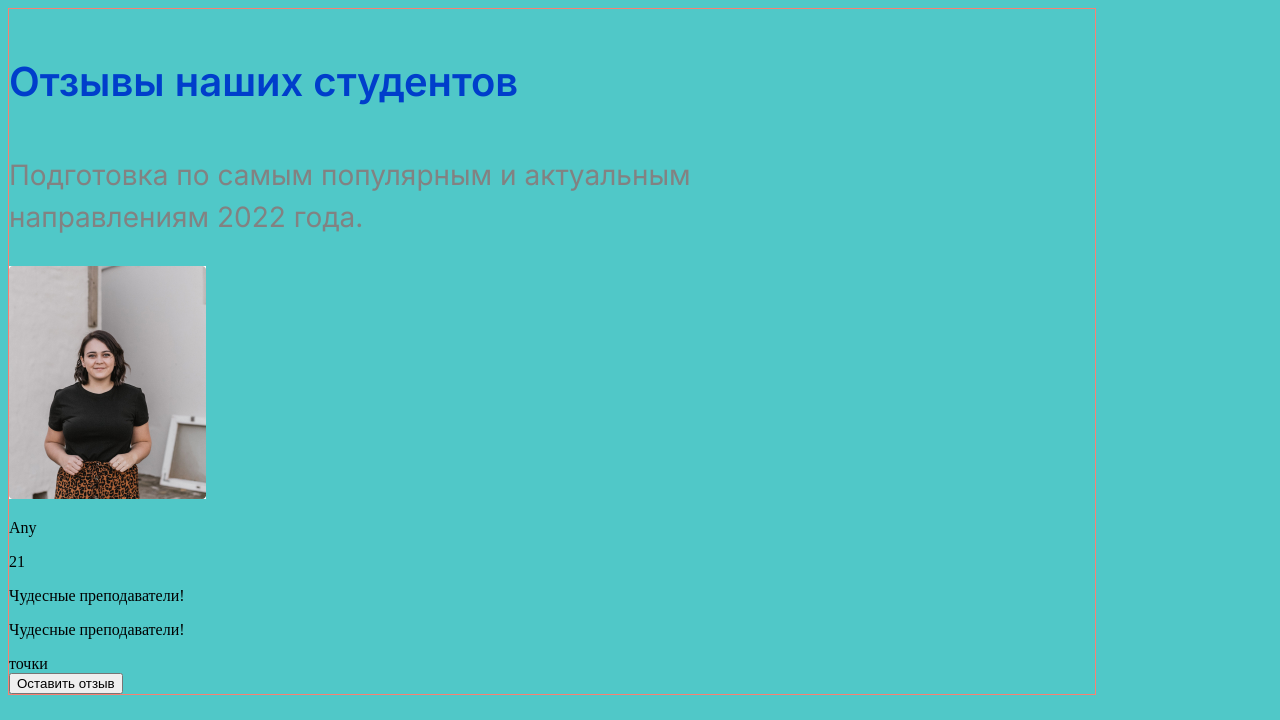
Repository: Malvuna/Studi
Page: index.html
These files come from the project's save history. The page is drawn as it stood at one moment and after a run of saves; the edit follows.
The browser window is 1280 px wide. The pictures show the whole page.

Above is the page before, as saved 2022-07-11 17:12:01.

### index.html

<!DOCTYPE html>
<html lang="en">
  <head>
    <meta charset="UTF-8" />
    <meta http-equiv="X-UA-Compatible" content="IE=edge" />
    <meta name="viewport" content="width=device-width, initial-scale=1.0" />
    <link rel="stylesheet" href="./css/style.css" />
    <link rel="preconnect" href="https://fonts.googleapis.com">
    <link rel="preconnect" href="https://fonts.gstatic.com" crossorigin>
    <link href="https://fonts.googleapis.com/css2?family=Caveat:wght@400;600;700&family=Inter:wght@400;600;700&display=swap" rel="stylesheet">
  <body>
    <header>
    </header>

    <main>
      <div id="container" class="container">

      <p class="h1">Отзывы наших студентов</p>
      <p class="head">Подготовка по самым популярным и актуальным </br> направлениям 2022 года.</p>
      <div id="divAllCard"> </div>
      <div>точки</div>
      <button>Оставить отзыв</button>

    </div>
    </main>


    <footer>

    </footer>

  </body>
  <script type="module" src="./javascript/javascript.js"></script>
</html>

### css/style.css
body {
  background-color: rgb(80, 200, 200);
}

.container {
  width: 1086px;
  border: 1px salmon solid;
  text-align: left;
}

.h1 {
  font-family: "Inter";
  font-style: normal;
  font-weight: 600;
  font-size: 40px;
  line-height: 65px;
  color: #003ecb;
}

.head {
  font-family: "Inter";
  font-style: normal;
  font-weight: 400;
  font-size: 28px;
  line-height: 42px;
  color: #828282;
}

### javascript/javascript.js
//Общий контейнер
let container = document.querySelector("#container");

//див с карточками
let divAllCard = document.querySelector("#divAllCard");

//див одной карточки
let divOneCard = document.createElement("div");
divAllCard.append(divOneCard);



//карточка левый блок
let cardLeft = document.createElement("div");
divOneCard.append(cardLeft);

let cardImg = document.createElement("img");
cardImg.src = "/img/Photo.jpg"
cardLeft.append(cardImg);

let textName = document.createElement("p");
textName.innerHTML = "Any";
cardLeft.append(textName);

let textAge = document.createElement("p");
textAge.innerHTML = "21";
cardLeft.append(textAge);

//карточка парвый блок
let cardRight = document.createElement("div");
divOneCard.append(cardRight);

let textHead = document.createElement("p");
textHead.innerHTML = "Чудесные преподаватели!";
cardRight.append(textHead);

let textText = document.createElement("p");
textText.innerHTML = "Чудесные преподаватели!";
cardRight.append(textText);

After the next 2 saves:
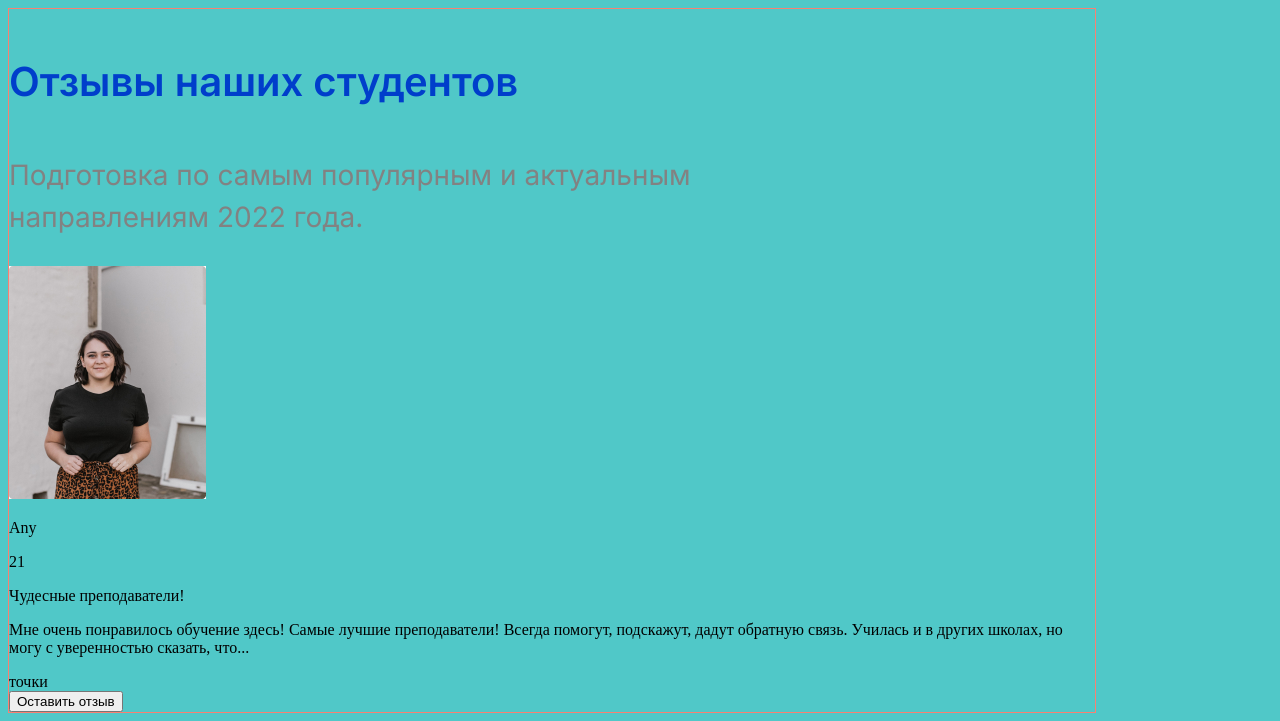
The 2 saves are shown as one change because they came seconds apart.
The last was saved 10 s later.
--- a/javascript/javascript.js
+++ b/javascript/javascript.js
@@ -35,5 +35,5 @@ textHead.innerHTML = "Чудесные преподаватели!";
 cardRight.append(textHead);
 
 let textText = document.createElement("p");
-textText.innerHTML = "Чудесные преподаватели!";
+textText.innerHTML = "Мне очень понравилось  обучение здесь! Самые лучшие преподаватели! Всегда помогут, подскажут, дадут обратную связь. Училась и в других школах, но могу с уверенностью сказать, что...";
 cardRight.append(textText);
